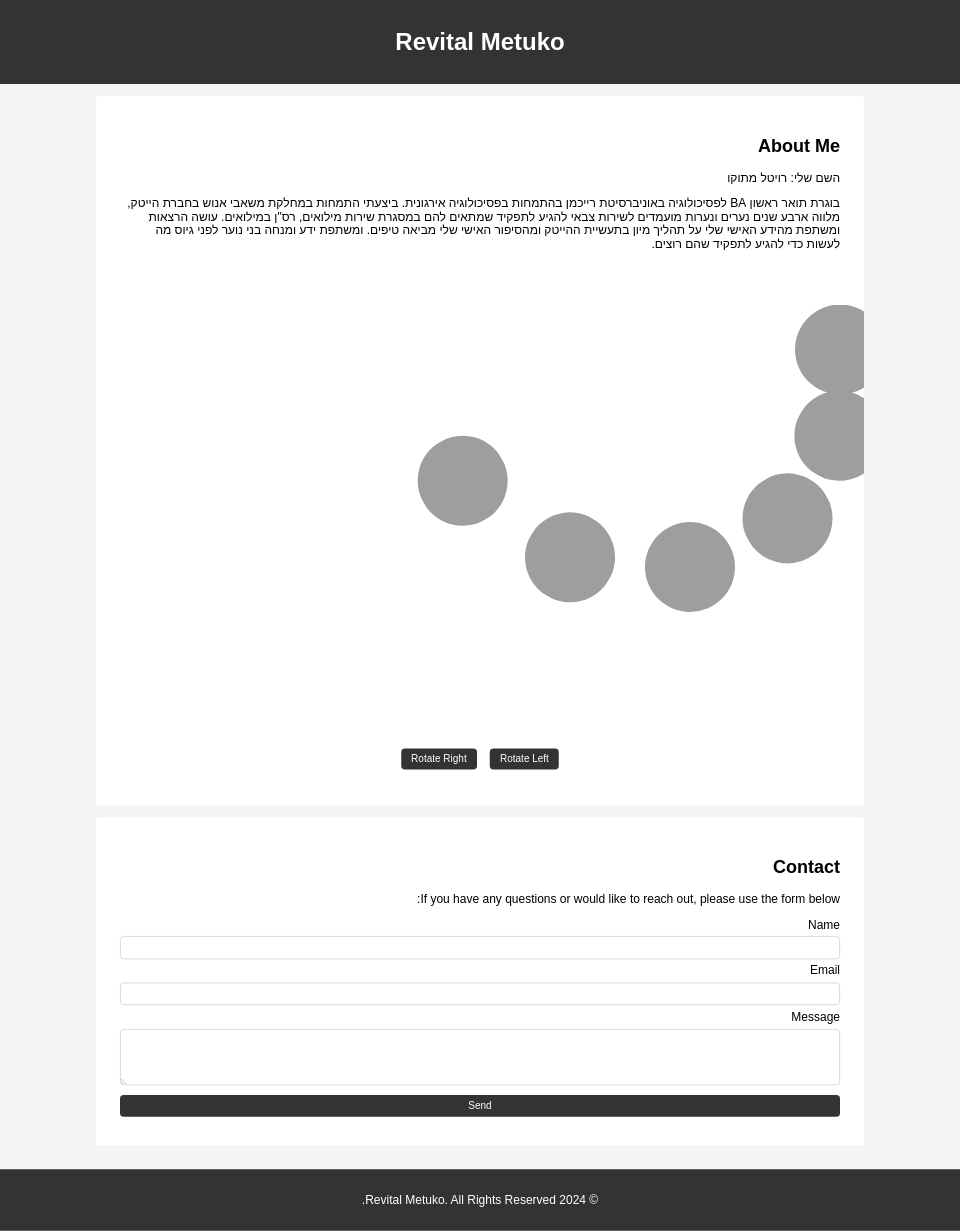
Repository: revitalmetuko/spiral-gallery
Page: RevitalWeb/index.html
An editor plug-in stored every save of this project. The page is shown before and after the next save, followed by the edit.
The browser window is 1280 px wide. The pictures show the whole page, at 75% of full size.
Pictures or frames that could not be fetched are drawn as grey boxes.

Above is the page before, as saved 2024-08-03 22:30:44.

### RevitalWeb/index.html
<!DOCTYPE html>
<html lang="en">
<head>
    <meta charset="UTF-8">
    <meta name="viewport" content="width=device-width, initial-scale=1.0">
    <title>Revital Metuko</title>
    <style>
        body {
            font-family: Arial, sans-serif;
            margin: 0;
            padding: 0;
            background-color: #f4f4f4;
            direction: rtl;
            text-align: right;
        }
        .header {
            background-color: #333;
            color: #fff;
            padding: 1em 0;
            text-align: center;
        }
        .container {
            width: 80%;
            margin: auto;
            overflow: hidden;
            padding: 1em 0;
        }
        .about, .contact {
            background: #fff;
            padding: 2em;
            margin-bottom: 1em;
            border-radius: 5px;
        }
        .spiral-container {
            position: relative;
            width: 600px;
            height: 600px;
            margin: 2em auto;
        }
        .spiral-container img {
            position: absolute;
            width: 120px;
            height: 120px;
            border-radius: 50%;
            transform-origin: center;
            transition: transform 0.5s;
            cursor: pointer;
        }
        .footer {
            text-align: center;
            padding: 1em 0;
            background-color: #333;
            color: #fff;
        }
        form {
            display: flex;
            flex-direction: column;
        }
        input, textarea {
            padding: 0.5em;
            margin: 0.5em 0;
            border: 1px solid #ccc;
            border-radius: 5px;
        }
        input[type="submit"] {
            background-color: #333;
            color: #fff;
            border: none;
            cursor: pointer;
        }
        .controls {
            text-align: center;
            margin: 1em 0;
        }
        .controls button {
            padding: 0.5em 1em;
            margin: 0 0.5em;
            background-color: #333;
            color: #fff;
            border: none;
            cursor: pointer;
            border-radius: 5px;
        }
    </style>
</head>
<body>

    <div class="header">
        <h1>Revital Metuko</h1>
    </div>

    <div class="container">
        <div class="about">
            <h2>About Me</h2>
            <p>השם שלי: רויטל מתוקו</p>
            <p>בוגרת תואר ראשון BA לפסיכולוגיה באוניברסיטת רייכמן בהתמחות בפסיכולוגיה אירגונית. ביצעתי התמחות במחלקת משאבי אנוש בחברת הייטק, מלווה ארבע שנים נערים ונערות מועמדים לשירות צבאי להגיע לתפקיד שמתאים להם במסגרת שירות מילואים, רס"ן במילואים. עושה הרצאות ומשתפת מהידע האישי שלי על תהליך מיון בתעשיית ההייטק ומהסיפור האישי שלי מביאה טיפים. ומשתפת ידע ומנחה בני נוער לפני גיוס מה לעשות כדי להגיע לתפקיד שהם רוצים.</p>
            <div class="spiral-container" id="spiral-container">
                <img src="/img/8ca01ed6-859c-43f2-9bc1-78a3dd2121d4.jpeg" alt="Revital Metuko Image 1">
                <img src="/img/IMG_3363.jpeg" alt="Revital Metuko Image 2">
                <img src="/img/IMG_4815.jpeg" alt="Revital Metuko Image 3">
                <img src="/img/IMG_7943.jpeg" alt="Revital Metuko Image 4">
                <img src="/img/Screenshot 2024-08-03 215234.png" alt="Revital Metuko Image 5">
                <img src="img/IMG_4816.jpeg" alt="Revital Metuko Image 6">
           </div>
            <div class="controls">
                <button id="rotate-left">Rotate Left</button>
                <button id="rotate-right">Rotate Right</button>
            </div>
        </div>

        <div class="contact">
            <h2>Contact</h2>
            <p>If you have any questions or would like to reach out, please use the form below:</p>
            <form action="mailto:revitalmetuko@gmail.com" method="post" enctype="text/plain">
                <label for="name">Name</label>
                <input type="text" id="name" name="name" required>
                <label for="email">Email</label>
                <input type="email" id="email" name="email" required>
                <label for="message">Message</label>
                <textarea id="message" name="message" rows="4" required></textarea>
                <input type="submit" value="Send">
            </form>
        </div>
    </div>

    <div class="footer">
        <p>&copy; 2024 Revital Metuko. All Rights Reserved.</p>
    </div>

    <script>
        const images = document.querySelectorAll('.spiral-container img');
        const centerX = 100;
        const centerY = 100;
        const radiusStep = 30
        let currentRadius = 200;
        const angleStep = 30;
        let currentAngle = 0;

        function updateSpiral() {
            images.forEach((img, index) => {
                const angle = index * angleStep + currentAngle;
                const radians = angle * (Math.PI / 180);
                const x = centerX + currentRadius * Math.cos(radians) - 60;  // Adjusted for larger image size
                const y = centerY + currentRadius * Math.sin(radians) - 60;  // Adjusted for larger image size
                img.style.transform = `translate(${x}px, ${y}px) rotate(${angle}deg)`;
                currentRadius += radiusStep;
            });
            currentRadius = 100;  // Reset radius for next update
        }

        document.getElementById('rotate-left').addEventListener('click', () => {
            currentAngle -= angleStep;
            updateSpiral();
        });

        document.getElementById('rotate-right').addEventListener('click', () => {
            currentAngle += angleStep;
            updateSpiral();
        });

        // Make images draggable
        images.forEach(img => {
            img.draggable = true;

            img.addEventListener('dragstart', (e) => {
                e.dataTransfer.setData('text/plain', null);
                img.style.opacity = '0.5';
            });

            img.addEventListener('dragend', () => {
                img.style.opacity = '1';
            });

            img.addEventListener('dragover', (e) => {
                e.preventDefault();
                const x = e.clientX - img.parentNode.offsetLeft - 80;
                const y = e.clientY - img.parentNode.offsetTop - 80;
                img.style.transform = `translate(${x}px, ${y}px)`;
            });
        });

        // Initial spiral setup
        updateSpiral();
    </script>

</body>
</html>

After the next save:
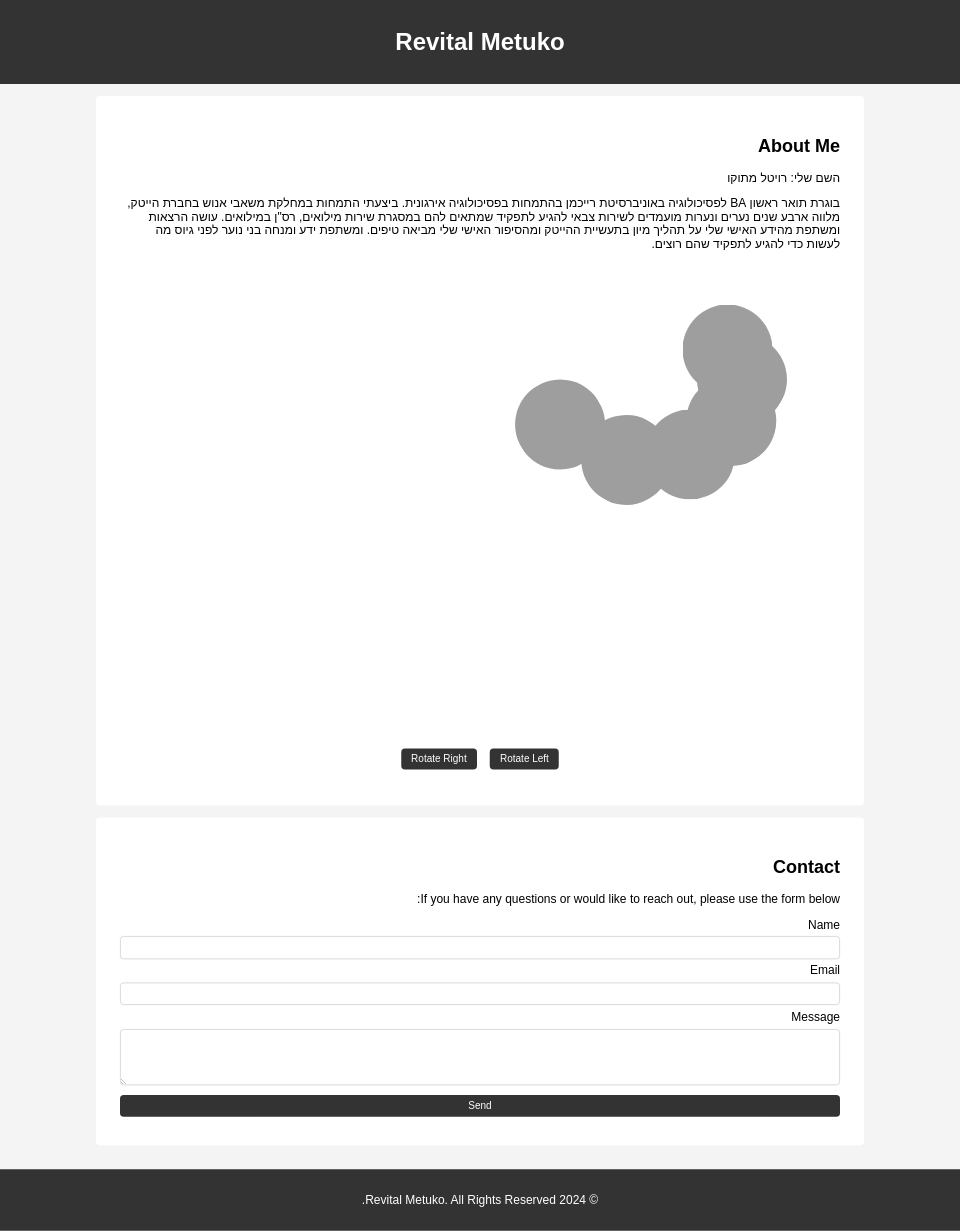
Saved 16 s later.
--- a/RevitalWeb/index.html
+++ b/RevitalWeb/index.html
@@ -132,7 +132,7 @@
         const centerX = 100;
         const centerY = 100;
         const radiusStep = 30
-        let currentRadius = 200;
+        let currentRadius = 50;
         const angleStep = 30;
         let currentAngle = 0;
 
